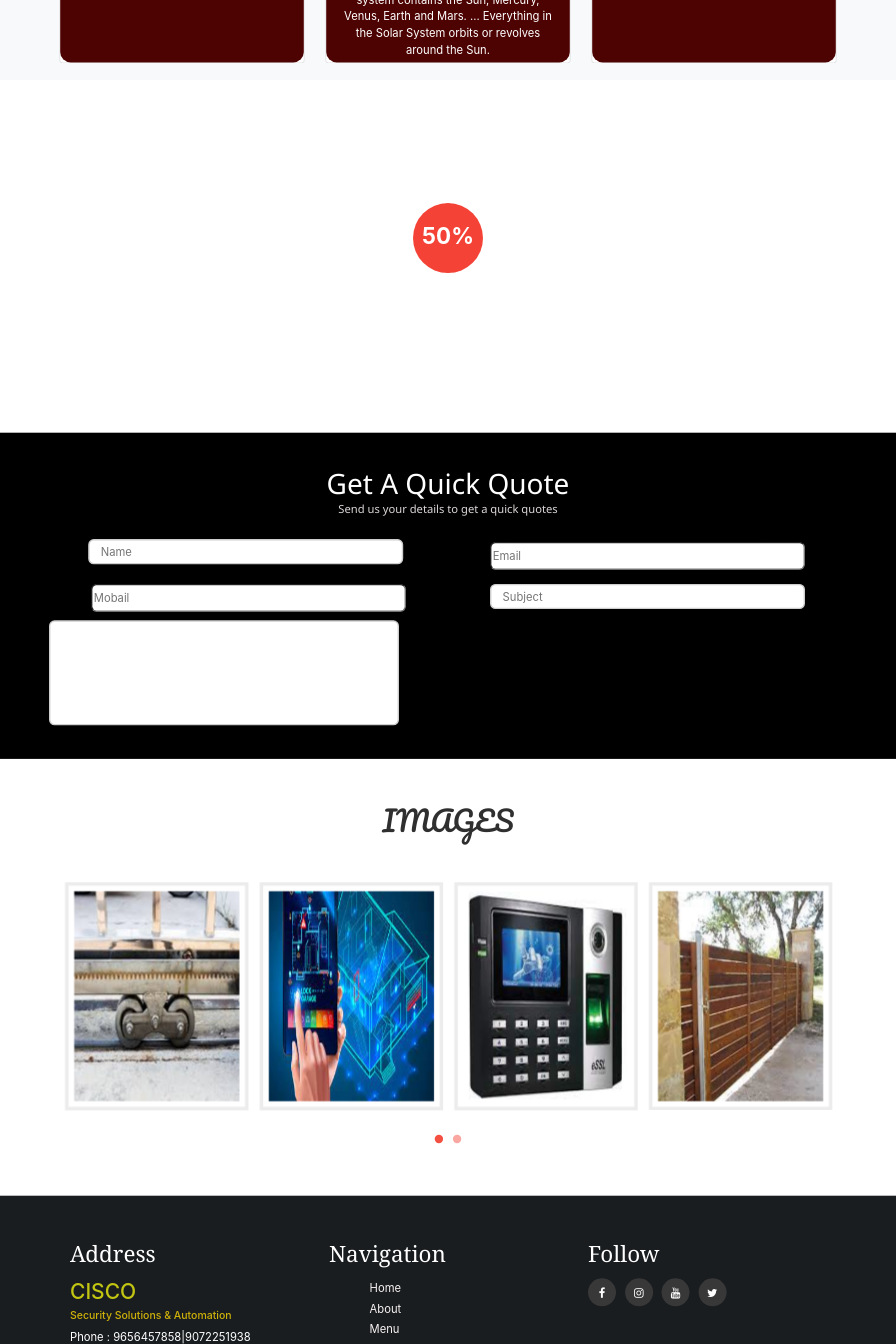
Repository: Nuhman123/Cisco
Page: index.html
These files come from the project's save history. The page is drawn as it stood at one moment and after a run of saves; the edit follows.
The browser window is 1280 px wide. The pictures show the part of the page from y = 1803 to 3723 px (the page is 3958 px tall), at 70% of full size.

Above is the page before, as saved 2021-04-10 16:29:38.

### index.html
<!--A Design by W3layouts
Author: W3layout
Author URL: http://w3layouts.com
License: Creative Commons Attribution 3.0 Unported
License URL: http://creativecommons.org/licenses/by/3.0/
-->
<!DOCTYPE html>
<html lang="en">
<head>
<title>CISCO security solutions & automation</title>
<meta name="viewport" content="width=device-width, initial-scale=1">
<meta http-equiv="Content-Type" content="text/html; charset=utf-8" />
<meta name="keywords" content="Royal Recipes Responsive web template, Bootstrap Web Templates, Flat Web Templates, Android Compatible web template,
Smartphone Compatible web template, free webdesigns for Nokia, Samsung, LG, SonyEricsson, Motorola web design" />
<script type="application/x-javascript"> addEventListener("load", function() { setTimeout(hideURLbar, 0); }, false); function hideURLbar(){ window.scrollTo(0,1); } </script>
<!-- bootstrap-css -->
<link href="css/bootstrap.css" rel="stylesheet" type="text/css" media="all" />
<!--// bootstrap-css -->
<!-- css -->
<link rel="stylesheet" href="css/style.css" type="text/css" media="all" />
<!--// css -->
<link rel="stylesheet" href="css/owl.carousel.css" type="text/css" media="all">
<link href="css/owl.theme.css" rel="stylesheet">
<!-- font-awesome icons -->
<link href="css/font-awesome.css" rel="stylesheet">
<!-- //font-awesome icons -->
<!-- font -->
<link href='//fonts.googleapis.com/css?family=Pacifico' rel='stylesheet' type='text/css'>
<link href='//fonts.googleapis.com/css?family=Open+Sans+Condensed:300,300italic,700' rel='stylesheet' type='text/css'>
<!-- //font -->
<script src="js/jquery-1.11.1.min.js"></script>
<script src="js/bootstrap.js"></script>
<script src="https://maxcdn.bootstrapcdn.com/bootstrap/4.0.0/js/bootstrap.min.js" integrity="sha384-JZR6Spejh4U02d8jOt6vLEHfe/JQGiRRSQQxSfFWpi1MquVdAyjUar5+76PVCmYl" crossorigin="anonymous"></script>
<link rel="stylesheet" href="https://maxcdn.bootstrapcdn.com/bootstrap/4.0.0/css/bootstrap.min.css" integrity="sha384-Gn5384xqQ1aoWXA+058RXPxPg6fy4IWvTNh0E263XmFcJlSAwiGgFAW/dAiS6JXm" crossorigin="anonymous">
<!-- light-box -->
<link rel="stylesheet" href="css/lightbox.css">
<!-- //light-box -->
<script src="js/SmoothScroll.min.js"></script>
<!--search jQuery-->
<script src="js/main.js"></script>
<!--//search jQuery-->
<script type="text/javascript">
	jQuery(document).ready(function($) {
		$(".scroll").click(function(event){
			event.preventDefault();
			$('html,body').animate({scrollTop:$(this.hash).offset().top},1000);
		});
	});
</script>

<script>
$(document).ready(function() {
	$("#owl-demo").owlCarousel({

		autoPlay: 3000, //Set AutoPlay to 3 seconds
		autoPlay:true,
		items : 4,
		itemsDesktop : [640,5],
		itemsDesktopSmall : [414,4]

	});

});
</script>
</head>
<body>
	<header class="header-1">
		<div class="container">
			<div class="row">
		<div class="col-xs-3">
			<img src="images/csc0log.png">
		</div>
		<div class="col-xs-5">
			<h1>CISCO</h1>
			<p>Security Solutions & Automation</p>
		</div>
		<div class="col-xs-4">
		<nav class="navbar navbar-expand-lg navbar-light">
			<button style="background-color:white;margin-top: 18px;" class="navbar-toggler" type="button" data-toggle="collapse" data-target="#navbarNavAltMarkup" aria-controls="navbarNavAltMarkup" aria-expanded="false" aria-label="Toggle navigation">
			  <span class="navbar-toggler-icon"></span>
			</button>
			<div class="collapse navbar-collapse" id="navbarNavAltMarkup" style="background-color: rgb(5, 7, 6);margin-top: 17px;">
			  <div class="navbar-nav text-center">
				<a class="nav-item nav-link active" href="index.html" style="color: white;">Home <span class="sr-only">(current)</span></a>
				<a class="nav-item nav-link" href="#services" style="color: white;">Services</a>
				<a class="nav-item nav-link" href="menu.html" style="color: white;z-index: 10;">Menu</a>
				<a class="nav-item nav-link" href="about.html" style="color: white;z-index: 10;">About</a>
				<a class="nav-item nav-link" href="contact.html" style="color: white;z-index: 10;">Condact</a>
			  </div>
			</div>
		  </nav>
		</div>
			</div>
		</div>
	</header>
	<!-- banner -->
	<div class="banner">
		<div class="header">
			<div class="container">
				<div class="logo">

				</div>
				<div class="clearfix"> </div>
			</div>
		</div>
		<div class="banner-slider">
			<div class="container">
				<div class="slider">
					<div class="callbacks_container">
						<ul class="rslides callbacks callbacks1" id="slider4">
							<li>
								<div class="agileits-banner-info">
									<img src="images/csc0log.png">
									<h3>CISCO</h3>
									<h5>Security Solutions & Automation</h5>
									<p>CCTV Installation,EPBAX,Home Automation,Automatic Gate,Video Door Phone,Access Control System,Security Alarm System,Solar System,Biometric AttendanceSystem</p>
									<a href="#services">Services</a>

								</div>
							</li>
							<li>
								<div class="agileits-banner-info">
									<h3>CCTV<br> Installation</h3>
									<p>CCTV Installation,EPBAX,Home Automation,Automatic Gate,Video Door Phone,Access Control System,Security Alarm System,Solar System,Biometric AttendanceSystem</p>
									<a href="#services">Services</a>

								</div>
							</li>
							<li>
								<div class="agileits-banner-info">
									<img src="images/csc0log.png">
									<h3>CISCO</h3>
									<p>CCTV Installation,EPBAX,Home Automation,Automatic Gate,Video Door Phone,Access Control System,Security Alarm System,Solar System,Biometric AttendanceSystem</p>
									<a href="#services">Services</a>
								</div>
							</li>
						</ul>
						<div class="social text-center">
							<ul>
								<li><a href="https://www.facebook.com/cisco_security_solutions-101064504984043/"><i class="fa fa-facebook"></i></a></li>
								<li><a href="https://www.instagram.com/cisco_security_solutions?r=nametag"><i class="fa fa-instagram"></i></a></li>
								<li><a href="https://youtube.com/channel/UCSI_CHHL5nW7fggODaksUw"><i class="fa fa-youtube"></i></a></li>
								<li><a href="https://twitter.com"><i class="fa fa-twitter"></i></a></li>
							</ul>
						</div>
					</div>
					<script src="js/responsiveslides.min.js"></script>
					<script>
						// You can also use "$(window).load(function() {"
						$(function () {
						  // Slideshow 4
						  $("#slider4").responsiveSlides({
							auto: true,
							pager:true,
							nav:false,
							speed: 500,
							namespace: "callbacks",
							before: function () {
							  $('.events').append("<li>before event fired.</li>");
							},
							after: function () {
							  $('.events').append("<li>after event fired.</li>");
							}
						  });

						});
					 </script>
					<!--banner Slider starts Here-->
				</div>
			</div>
		</div>
	</div>
	<!-- banner -->
	<!-- services -->
	<section class="bg-light p-4 mt-5" id="services">
		<div class="container">
		  <h1 class="services text-center">Our Services</h1>
		  <div class="row">
			<div class="col-lg-4 col-md-6 pt-3">
			  <div class="card text-center">
				<div class="card-body">
				  <h5 class="card-title">CCTV Installation</h5>
				  <p class="card-text">
					CCTV systems may operate continuously or only as required to monitor a particular event. A more advanced form of CCTV, using digital video recorders (DVRs), provides recording for possibly many years, with a variety of quality and performance options and extra features (such as motion detection and email alerts).
					</p>
				</div>
			  </div>
			</div>
			<div class="col-lg-4 col-md-6 pt-3">
			  <div class="card text-center ">

				<div class="card-body">
				  <h5 class="card-title">EPBAX</h5>
				  <p class="card-text">EPABX stands for Electronic Private Automatic Branch Exchange which is a private telephone network used by the organizations and the companies for various types of communication, either between the employees or outside the clients.</p>
				</div>
			  </div>
			</div>
			<div class="col-lg-4 col-md-6 pt-3">
			  <div class="card text-center ">

				<div class="card-body">
				  <h5 class="card-title">Home Automation</h5>
				  <p class="card-text"> home automation system integrates all the electrical devices in the house with each other, it includes centralized control of lighting, HVAC(Heat, ventilation and air conditioning) appliances, security locks and other systems to improve comfort, conveniences, security and energy efficiency.</p>
				</div>
			  </div>
			</div>
			<div class="col-lg-4 col-md-6 pt-3">
			  <div class="card text-center">
				<div class="card-body">
				  <h5 class="card-title">Automatic Gate</h5>
				  <p class="card-text"></p>
				</div>
			  </div>
			</div>
			<div class="col-lg-4 col-md-6  pt-3">
			  <div class="card text-center">
				<div class="card-body">
				  <h5 class="card-title">Video Door Phone</h5>
				  <p class="card-text">video door phone lets you see and communicate with the visitor without being physically present on the door. After knowing the purpose of visit and if required, you can choose to open the door or keep it closed. So, the video door phone is a great system to ensure the safety and security of your family and home.</p>
				</div>
			  </div>
			</div>
			<div class="col-lg-4 col-md-6  pt-3">
			  <div class="card text-center ">
				<div class="card-body">
				  <h5 class="card-title">Access Control System</h5>
				  <p class="card-text"></p>
				</div>
			  </div>
			</div>
			<div class="col-lg-4 col-md-6  pt-3">
				<div class="card text-center ">
				  <div class="card-body">
					<h5 class="card-title">Security Alarm System</h5>
					<p class="card-text"></p>
				  </div>
				</div>
			  </div>
			  <div class="col-lg-4 col-md-6  pt-3">
				<div class="card text-center ">
				  <div class="card-body">
					<h5 class="card-title">Solar System</h5>
					<p class="card-text">The Solar System is made up of all the planets that orbit our Sun. In addition to planets, the Solar System also consists of moons, comets, asteroids, minor planets, dust and gas. The inner solar system contains the Sun, Mercury, Venus, Earth and Mars. ... Everything in the Solar System orbits or revolves around the Sun.</p>
				  </div>
				</div>
			  </div>
			  <div class="col-lg-4 col-md-6  pt-3">
				<div class="card text-center ">
				  <div class="card-body">
					<h5 class="card-title">Biometric Attendance System</h5>
					<p class="card-text"></p>
				  </div>
				</div>
			  </div>
		  </div>
		</div>
	  </section>
	<!-- //services -->
	<!-- offer -->
	<div class="jarallax offer">
		<div class="container">
			<div class="w3l-offer-heading">
				<h3>Today Offers</h3>
			</div>
			<div class="w3ls-offer-slider">
				<div class="slider">
					<div class="callbacks_container">
						<ul class="rslides callbacks callbacks1" id="slider3">
							<li>
								<div class="agileinfo-offer-grid">
									<h4>45<span>%</span></h4>
									<h5>Pork Vindaloo</h5>
									<p>Quisque scelerisque rutrum nunc, eget hendrerit diam porta efficitur. Duis bibendum consequat est, sed efficitur arcu. Morbi viverra, leo sit amet vestibulum dignissim, tortor est dignissim dolor, eu accumsan est urna id felis. </p>
								</div>
							</li>
							<li>
								<div class="agileinfo-offer-grid">
									<h4>50%</h4>
									<h5>Phaal Curry</h5>
									<p>Vestibulum euismod porttitor interdum. Vivamus porta consectetur nulla porttitor hendrerit. Pellentesque ultrices augue ut nibh feugiat, nec egestas orci cursus. Sed vehicula quis erat sed lobortis. Curabitur eleifend sit amet.</p>
								</div>
							</li>
							<li>
								<div class="agileinfo-offer-grid">
									<h4>64%</h4>
									<h5>Laal Maas</h5>
									<p>Aenean volutpat auctor ultrices. Aliquam ac turpis ultrices, porta enim at, interdum velit. Ut ligula justo, sodales eu nisi a, molestie dictum leo. Sed blandit porta ante, at consequat nulla fermentum a. Donec aliquet tristique.</p>
								</div>
							</li>
						</ul>
					</div>
					<script>
						// You can also use "$(window).load(function() {"
						$(function () {
						  // Slideshow 4
						  $("#slider3").responsiveSlides({
							auto: true,
							pager:false,
							nav:false,
							speed: 500,
							namespace: "callbacks",
							before: function () {
							  $('.events').append("<li>before event fired.</li>");
							},
							after: function () {
							  $('.events').append("<li>after event fired.</li>");
							}
						  });

						});
					 </script>
					<!--banner Slider starts Here-->
				</div>
			</div>
			<script src="js/jarallax.js"></script>
		</div>
	</div>
	<!-- //offer -->
	<section class="form-quote">
		<div class="container">
		<div class="contact-form">
			<h3>Get A Quick Quote</h3>
			<p class="" >Send us your details to get a quick quotes</p>
			<form>
				<div class="row"align="center">
					<div class="col-xs-12 col-sm-12 col-md-12 col-lg-6">
						<input type="text" placeholder="Name" style="width: 450px;background: white;height: 30px;border-radius: 8px;">
					</div>
					<div class="col-xs-12 col-sm-12 col-md-12 col-lg-6">
						<input type="email" placeholder="Email" style="width: 450px;background: white;margin: 4px; height: 40px;border-radius: 8px;">
					</div>
					<div class="col-xs-12 col-sm-12 col-md-12 col-lg-6">
						<input type="tel" placeholder="Mobail" style="width: 450px;background: white;margin: 12px; height: 40px;border-radius: 8px;">
					</div>
					<div class="col-xs-12 col-sm-12 col-md-12 col-lg-6">
						<input type="text" placeholder="Subject" style="width: 450px;background: white;margin: 12px; height: 30px;border-radius: 8px;">
					</div>
					<textarea class="col-xs-12" style="background: white;width: 500px; border-radius: 8px;"></textarea>
				</div>
			  </form>
		</div>
			</div>
	</section>
	<!-- special -->
	<div class="special">
		<div class="container">
			<div class="wthree-special-heading">
				<h3>IMAGES</h3>
			</div>
			<div class="special-grids">
				<div id="owl-demo" class="owl-carousel owl-theme">
						<div class="item">
							<div class="w3-agileits-special-grid-info">
								<img src="images/289c9c264087cddc084383969cd6e19f.jpg" alt="" />
							</div>
						</div>
						<div class="item">
							<div class="w3-agileits-special-grid-info">
								<img src="images/ghy.jfif" alt="" />

							</div>
						</div>
						<div class="item">
							<div class="w3-agileits-special-grid-info">
								<img src="images/h automations.jfif" alt="" />

							</div>
						</div>
						<div class="item">
							<div class="w3-agileits-special-grid-info">
								<img src="images/bio2.jfif" alt="" />
							</div>
						</div>
						<div class="item">
							<div class="w3-agileits-special-grid-info">
								<img src="images/guf.jfif" alt="" />

							</div>
						</div>
						<div class="item">
							<div class="w3-agileits-special-grid-info">
								<img src="images/epbax.jpeg" alt="" />

							</div>
						</div>
						<div class="item">
							<div class="w3-agileits-special-grid-info">
								<img src="images/h automations.jfif4.jfif" alt="" />

							</div>
						</div>
						<div class="item">
							<div class="w3-agileits-special-grid-info">
								<img src="images/cctv3.jpg" alt="" />

							</div>
						</div>
				</div>
			</div>
		</div>
	</div>
	<!-- //special -->
	<!-- footer -->
	<div class="w3-agile-footer">
		<div class="container">
			<div class="footer-grids">
				<div class="col-md-4 footer-grid">
					<div class="footer-grid-heading">
						<h4>Address</h4>
					</div>
					<div class="footer-grid-info">
						<h1 class="">CISCO</h1>
					<h4 class="">Security Solutions & Automation</h4>
					</di>
					<p class="phone">Phone : 9656457858|9072251938
						<span>Email : <a href="pklcisco@gmail.com">pklcisco@gmail.com</a></span>
					</p>
					<p>Oppo South Indian ATM,Near Zella Fancy 	Pulikkal </p>
				</div>

				</div>
				<div class="col-md-4 footer-grid">
					<div class="footer-grid-heading">
						<h4>Navigation</h4>
					</div>
					<div class="footer-grid-info">
						<ul class="">
							<li><a href="index.html">Home</a></li>
							<li><a href="about.html">About</a></li>
							<li><a href="menu.html">Menu</a></li>
							<li><a href="contact.html">Contact</a></li>
						</ul>
					</div>
				</div>
				<div class="col-md-4 footer-grid">
					<div class="footer-grid-heading">
						<h4>Follow</h4>
					</div>
					<div class="social">
						<ul>
							<li><a href="https://www.facebook.com/cisco_security_solutions-101064504984043/"><i class="fa fa-facebook"></i></a></li>
							<li><a href="https://www.instagram.com/cisco_security_solutions?r=nametag"><i class="fa fa-instagram"></i></a></li>
							<li><a href="https://youtube.com/channel/UCSI_CHHL5nW7fggODaksUw"><i class="fa fa-youtube"></i></a></li>
							<li><a href="https://twitter.com"><i class="fa fa-twitter"></i></a></li>
						</ul>
					</div>
				<div class="clearfix"> </div>
			</div>
		</div>
	</div>
	<div class="agileits-w3layouts-copyright">
		<p>| Design by <a href=""> AKN Creations </a> </p>
		<li style="color: yellow;"><i  class="fa fa-phone" aria-hidden="true"></i> 9446795304</li>
	</div>
	</div>
	<!-- //footer -->
	<script src="js/owl.carousel.js"></script>
	<script type="text/javascript" src="js/move-top.js"></script>
	<script type="text/javascript" src="js/easing.js"></script>
	<!-- here stars scrolling icon -->
	<script type="text/javascript">
		$(document).ready(function() {
			/*
				var defaults = {
				containerID: 'toTop', // fading element id
				containerHoverID: 'toTopHover', // fading element hover id
				scrollSpeed: 1200,
				easingType: 'linear'
				};
			*/

			$().UItoTop({ easingType: 'easeOutQuart' });

			});
	</script>
<!-- //here ends scrolling icon -->
<script type="text/javascript">
			/* init Jarallax */
			$('.jarallax').jarallax({
				speed: 0.5,
				imgWidth: 1366,
				imgHeight: 768
			})
		</script>
</body>
</html>

Loaded but not shown: css/bootstrap.css (library); css/owl.carousel.css (common file); css/owl.theme.css (common file); css/font-awesome.css (library); js/jquery-1.11.1.min.js (library); js/bootstrap.js (library); css/lightbox.css (library); js/SmoothScroll.min.js (library); js/responsiveslides.min.js (library); js/owl.carousel.js (library); js/jarallax.js (433 lines, source omitted); js/easing.js (140 lines, source omitted); js/main.js (100 lines, source omitted); js/move-top.js (5 lines, source omitted); css/style.css (2111 lines, source omitted)

After the next 2 saves:
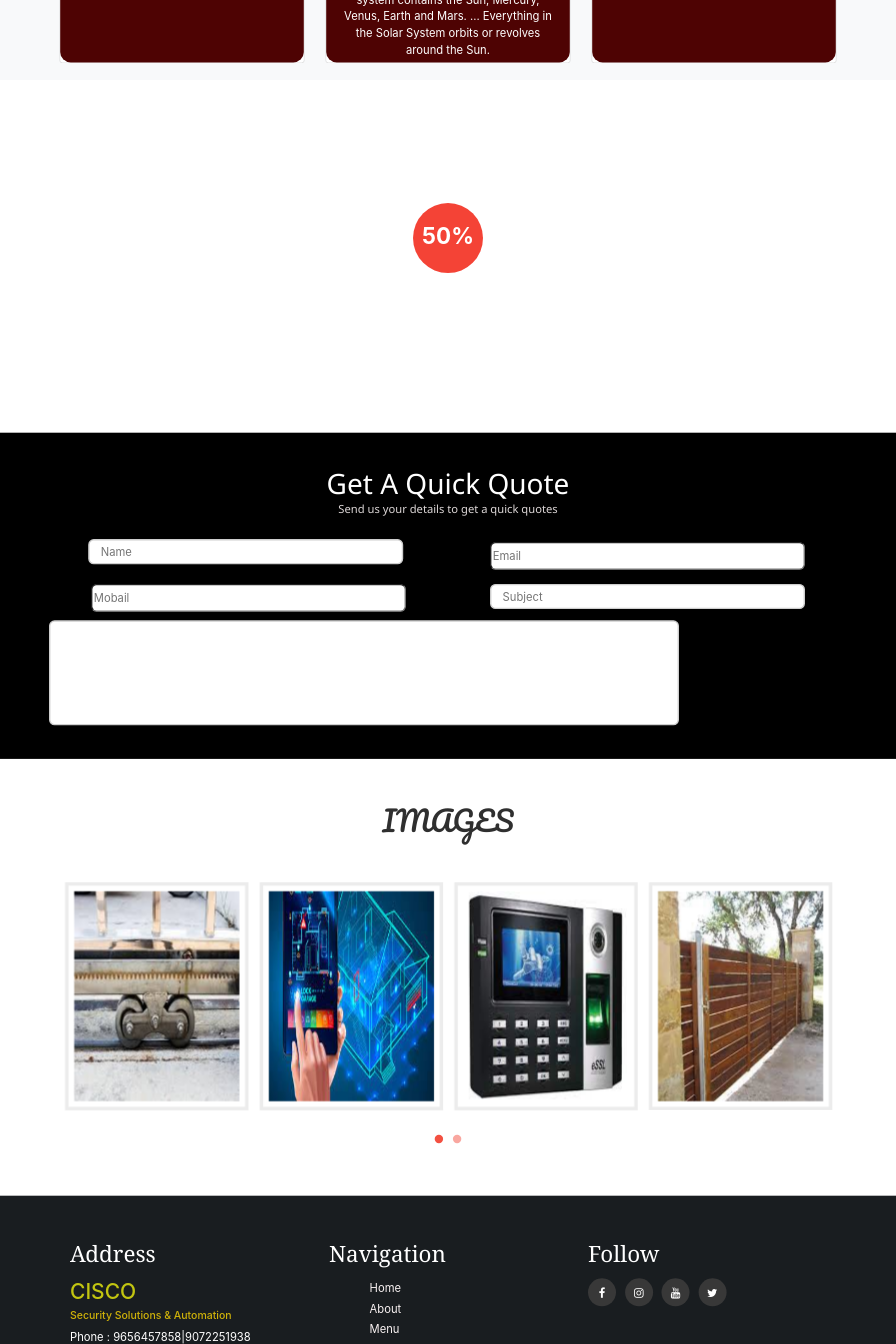
The 2 saves are shown as one change because they came seconds apart.
The last was saved 19 s later.
--- a/index.html
+++ b/index.html
@@ -335,7 +335,7 @@
 					<div class="col-xs-12 col-sm-12 col-md-12 col-lg-6">
 						<input type="text" placeholder="Subject" style="width: 450px;background: white;margin: 12px; height: 30px;border-radius: 8px;">
 					</div>
-					<textarea class="col-xs-12" style="background: white;width: 500px; border-radius: 8px;"></textarea>
+					<textarea class="col-xs-12" style="background: white;width: 900px; border-radius: 8px;"></textarea>
 				</div>
 			  </form>
 		</div>
